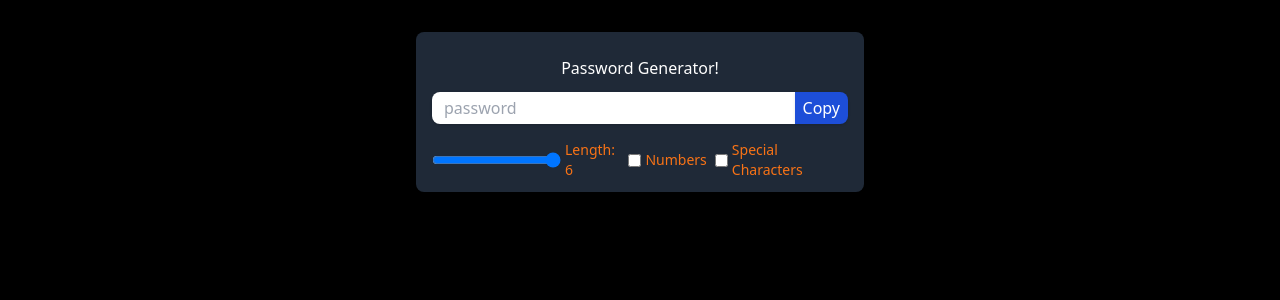
Repository: tirth2014/chai-aur-react
Page: / (app in 05_password-generator/)
The author's editor kept a copy of each file at every save. The page is drawn from the files as they stood at one save, then again after the next save.
The browser window is 1280 px wide. The pictures show the whole page.
The project was rebuilt for these pictures with package versions that can differ from the ones it lists, and the page was loaded fresh each time. Also part of the build but not shown: 05_password-generator/vite.config.js.

Above is the page before, as saved 2023-10-07 17:21:54.

After the next save:
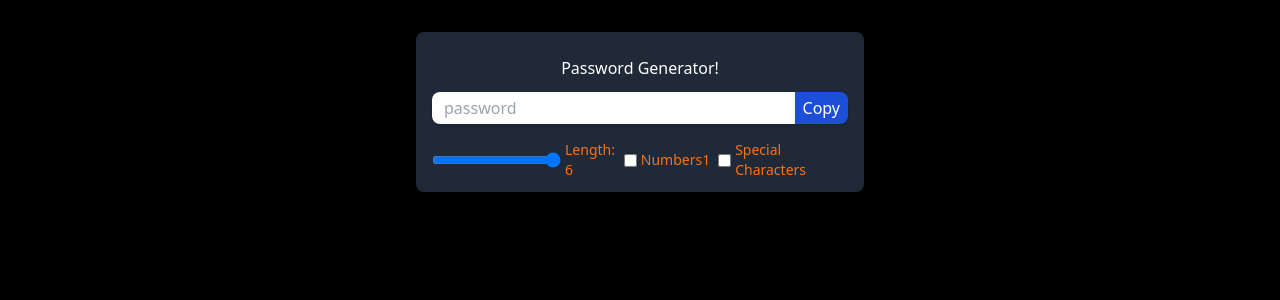
Saved 21 s later.
--- a/05_password-generator/src/App.jsx
+++ b/05_password-generator/src/App.jsx
@@ -41,7 +41,7 @@
             defaultChecked={numsAllowed}
             onChange={(prev) => setNumsAllowed(!prev)}
             />
-            <label htmlFor="numsAllowed">Numbers {numsAllowed}</label>
+            <label htmlFor="numsAllowed">Numbers1 {numsAllowed}</label>
           </div>
           <div className='flex items-center gap-x-1'>
             <input

After the save that followed:
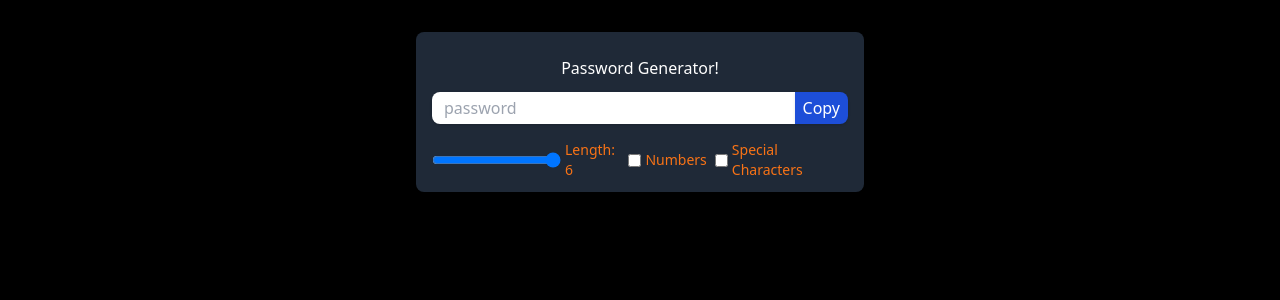
Saved 25 s later.
--- a/05_password-generator/src/App.jsx
+++ b/05_password-generator/src/App.jsx
@@ -41,7 +41,7 @@
             defaultChecked={numsAllowed}
             onChange={(prev) => setNumsAllowed(!prev)}
             />
-            <label htmlFor="numsAllowed">Numbers1 {numsAllowed}</label>
+            <label htmlFor="numsAllowed">Numbers {numsAllowed}</label>
           </div>
           <div className='flex items-center gap-x-1'>
             <input
